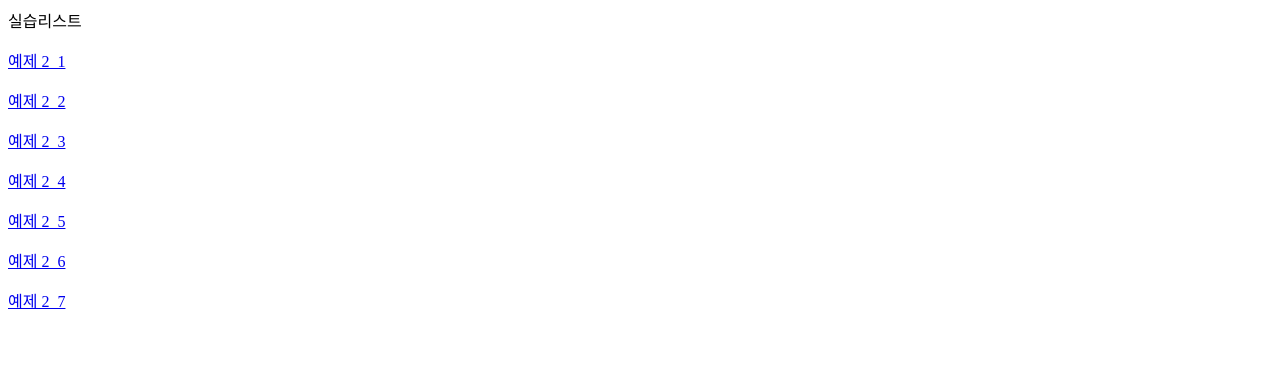
Repository: pjongbum/JSP
Page: http://localhost/jsbook/
An editor plug-in stored every save of this project. The page is shown before and after the next save, followed by the edit.
The browser window is 1280 px wide. The pictures show the whole page.
The page is served by Tomcat 10. Other server files are loaded and not shown.

Above is the page before, as saved 2024-10-08 01:52:56.

### jsbook/src/main/webapp/index.jsp
<%@ page language="java" contentType="text/html; charset=UTF-8"
    pageEncoding="UTF-8"%>
<!DOCTYPE html>
<html>
<head>
<meta charset="UTF-8">
<title>Insert title here</title>
</head>
<body>
실습리스트
<p><a href = "2_1">예제 2_1</a></p>
<p><a href = "2_2">예제 2_2</a></p>
<p><a href = "2_3">예제 2_3</a></p>
<p><a href = "2_4">예제 2_4</a></p>
<p><a href = "2_5">예제 2_5</a></p>
<p><a href = "2_6">예제 2_6</a></p>
<p><a href = "2_7">예제 2_7</a></p>
</body>
</html>

After the next save:
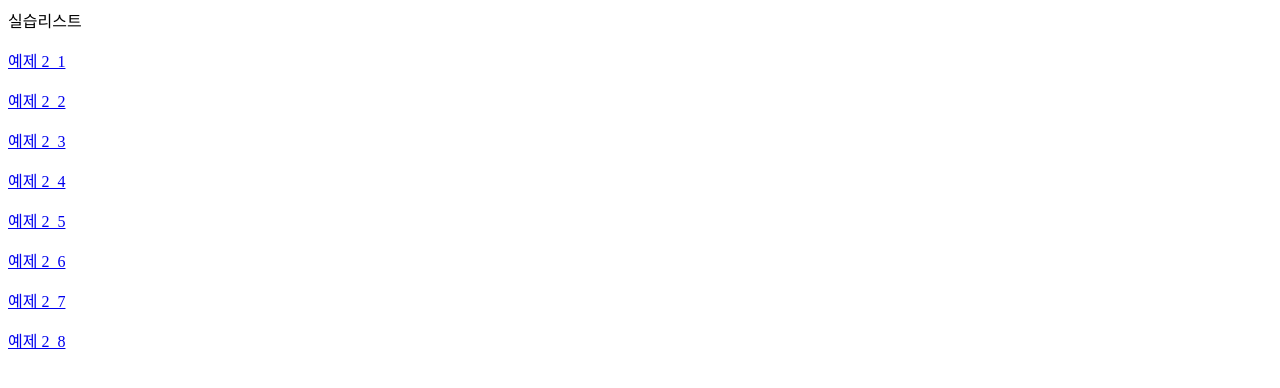
Saved 29 min 3 s later.
--- a/jsbook/src/main/webapp/index.jsp
+++ b/jsbook/src/main/webapp/index.jsp
@@ -15,5 +15,6 @@
 <p><a href = "2_5">예제 2_5</a></p>
 <p><a href = "2_6">예제 2_6</a></p>
 <p><a href = "2_7">예제 2_7</a></p>
+<p><a href = "2_8">예제 2_8</a></p>
 </body>
 </html>
